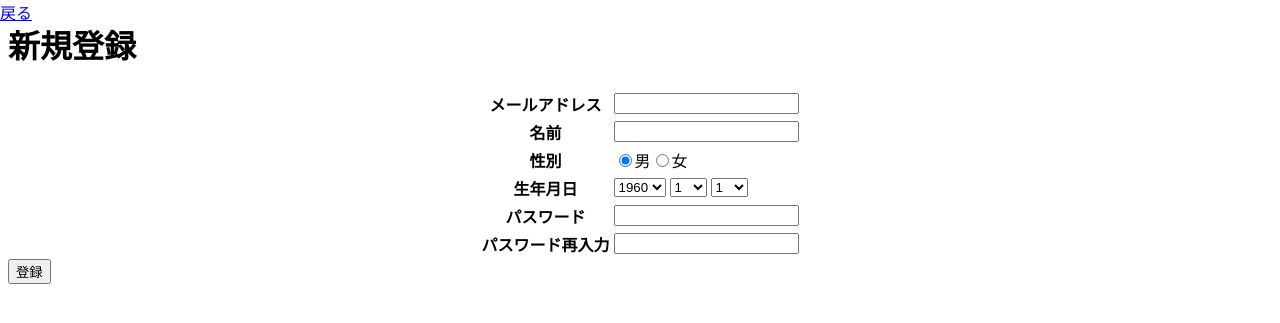
Repository: kawaguchi-mizuki/ntmc
Page: http://localhost/movie/adduser
These files come from the project's save history. The page is drawn as it stood at one moment and after the next save; the edit follows.
The browser window is 1280 px wide. The pictures show the whole page.
The page is served by Tomcat 9. Other server files are loaded and not shown.

Above is the page before, as saved 2019-06-13 05:18:45.

### 開発/movie/movie/WebContent/WEB-INF/jsp/add_user.jsp
<%@ page language="java" contentType="text/html; charset=UTF-8"
	pageEncoding="UTF-8"%>
<!DOCTYPE html>
<html>
<head>
<meta charset="UTF-8">
<link href="/movie/css/userResist.css" rel="stylesheet" type="text/css">
<title>会員登録</title>
</head>
<body>
	<h1>新規登録</h1>
	<a href="login" class="btn-square-slant"
		style="position: absolute; left: 0px; top: 0px">戻る</a>
	<form action="user" method="POST">
		<table align="center">
			<tr>
				<th>メールアドレス</th>
				<td><input type="text" name="mail"></td>
			</tr>
			<tr>
				<th>名前</th>
				<td><input type="text" name="name"></td>
			</tr>
			<tr>
				<th>性別</th>
				<td><input type="radio" name="sex" value="男" checked="checked">男<input type="radio"
					name="sex" value="女">女</td>
			</tr>
			<tr>
				<th>生年月日</th>
				<td><select name="year" id="year"> //1960 2019
				</select> <select name="month" id="month">
				</select> <select name="day" id="day">
				</select></td>
			</tr>
			<tr>
				<th>パスワード</th>
				<td><input type="password" name="password"></td>
			</tr>
			<tr>
				<th>パスワード再入力</th>
				<td><input type="password" name="r-password"></td>
			</tr>
		</table>
		<%
			String errflg = request.getParameter("errflg");
		%>
		<%
			if (errflg != null && errflg.equals("1")) {
		%>
		<p>空白があります！</p>
		<%
			} else if (errflg != null && errflg.equals("2")) {
		%>
		<p>パスワードは同じ文字をいれてください！</p>
		<%
			}
		%>
		<input type="submit" value="登録">

	</form>
</body>

<script>
	//optionタグ量産
	const year = document.getElementById('year')
	const month = document.getElementById('month')
	const day = document.getElementById('day')
	for (let i = 1960; i <= 2019; i++) {
		const optionTag = document.createElement("option")
		year.appendChild(optionTag)
		dispatchOption(optionTag, i)
	}
	for (let i = 1; i <= 12; i++) {
		const optionTag = document.createElement("option")
		month.appendChild(optionTag)
		dispatchOption(optionTag, i)
	}
	for (let i = 1; i < 31; i++) {
		const optionTag = document.createElement("option")
		day.appendChild(optionTag)
		dispatchOption(optionTag, i)
	}
	//optionタグにvalueと表示文字を付与
	function dispatchOption(option, value) {
		option.textContent = value
		option.value = value
	}


</script>


</body>
</html>

### 開発/movie/movie/src/movie/controller/AddUserStart.java
package movie.controller;

import java.io.IOException;

import javax.servlet.RequestDispatcher;
import javax.servlet.ServletException;
import javax.servlet.annotation.WebServlet;
import javax.servlet.http.HttpServlet;
import javax.servlet.http.HttpServletRequest;
import javax.servlet.http.HttpServletResponse;
@WebServlet("/adduser")
public class AddUserStart extends HttpServlet {

	@Override
	protected void doGet(HttpServletRequest request, HttpServletResponse respons) throws ServletException, IOException {
		// TODO 自動生成されたメソッド・スタブ
		RequestDispatcher dispatcher = request.getRequestDispatcher("WEB-INF/jsp/add_user.jsp");
		dispatcher.forward(request, respons);

	}


}

### 開発/movie/movie/WebContent/css/userResist.css
h1{
	text-align: center;
}
td{
	margin-bottom:10px;
}
table{
	font-size:25px;
}

/*ログインボタン*/
.btn-square {
  display: inline-block;
  padding: 0.5em 1em;
  text-decoration: none;
  background: #668ad8;/*ボタン色*/
  color: #FFF;
  border-bottom: solid 4px #627295;
  border-radius: 3px;
}
.btn-square:active {
  /*ボタンを押したとき*/
  -webkit-transform: translateY(4px);
  transform: translateY(4px);/*下に動く*/
  border-bottom: none;/*線を消す*/
}

/*新規登録ボタン*/
.btn-square-slant {
  display: inline-block;
  position: relative;
  padding: 0.5em 1.4em;
  text-decoration: none;
  background: #668ad8;/*ボタン色*/
  color: #FFF;
  border-bottom: solid 5px #36528c;/*ボタン色より暗めに*/
  border-right: solid 5px #5375bd;/*ボタン色より暗めに*/
}

.btn-square-slant:before {
  content: " ";
  position: absolute;
  bottom: -5px;
  left: -1px;
  width: 0;
  height: 0;
  border-width: 0 6px 6px 0px;
  border-style: solid;
  border-color: transparent;
  border-bottom-color: #FFF;
}
.btn-square-slant:after {
  content: " ";
  position: absolute;
  top: -1px;
  right: -5px;
  width: 0;
  height: 0;
  border-width: 0px 6px 6px 0px;
  border-style: solid;
  border-color: #FFF;
  border-bottom-color: transparent;
}

.btn-square-slant:active {
  /*ボタンを押したとき*/
  border:none;
  -webkit-transform: translate(6px,6px);
  transform: translate(6px,6px);
}

.btn-square-slant:active:after, .btn-square-slant:active:before {
  content: none;/*ボタンを押すと線が消える*/
}

After the next save:
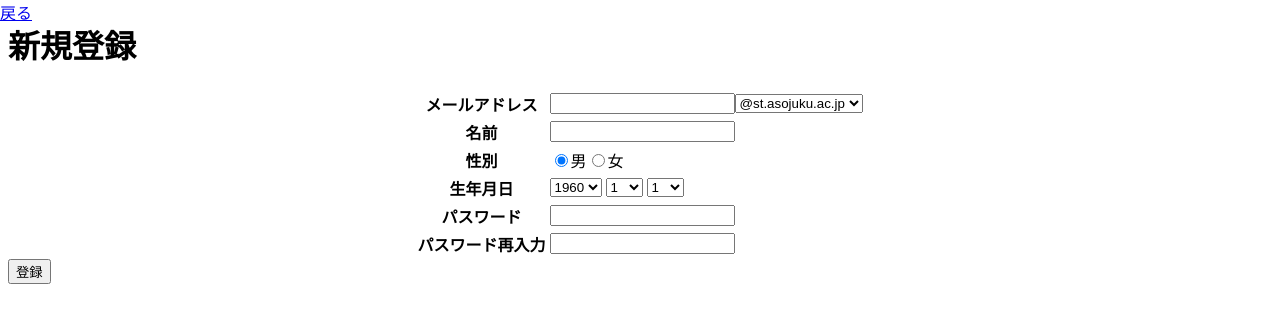
Saved 12 min 11 s later.
--- a/開発/movie/movie/WebContent/WEB-INF/jsp/add_user.jsp
+++ b/開発/movie/movie/WebContent/WEB-INF/jsp/add_user.jsp
@@ -15,7 +15,7 @@
 		<table align="center">
 			<tr>
 				<th>メールアドレス</th>
-				<td><input type="text" name="mail"></td>
+				<td><input type="text" name="mail"><select name="addr" id= "addr"></select></td>
 			</tr>
 			<tr>
 				<th>名前</th>
@@ -87,6 +87,18 @@
 		option.value = value
 	}
 
+const addr=document.getElementById('addr')
+
+	var mail = ["@st.asojuku.ac.jp","@gmail.com"];
+
+	for(let i=0;i<mail.length;i++){
+		const optionTag=document.createElement("option")
+		addr.appendChild(optionTag)
+		dispatchOption(optionTag,mail[i])
+	}
+
+
+
 
 </script>
 
